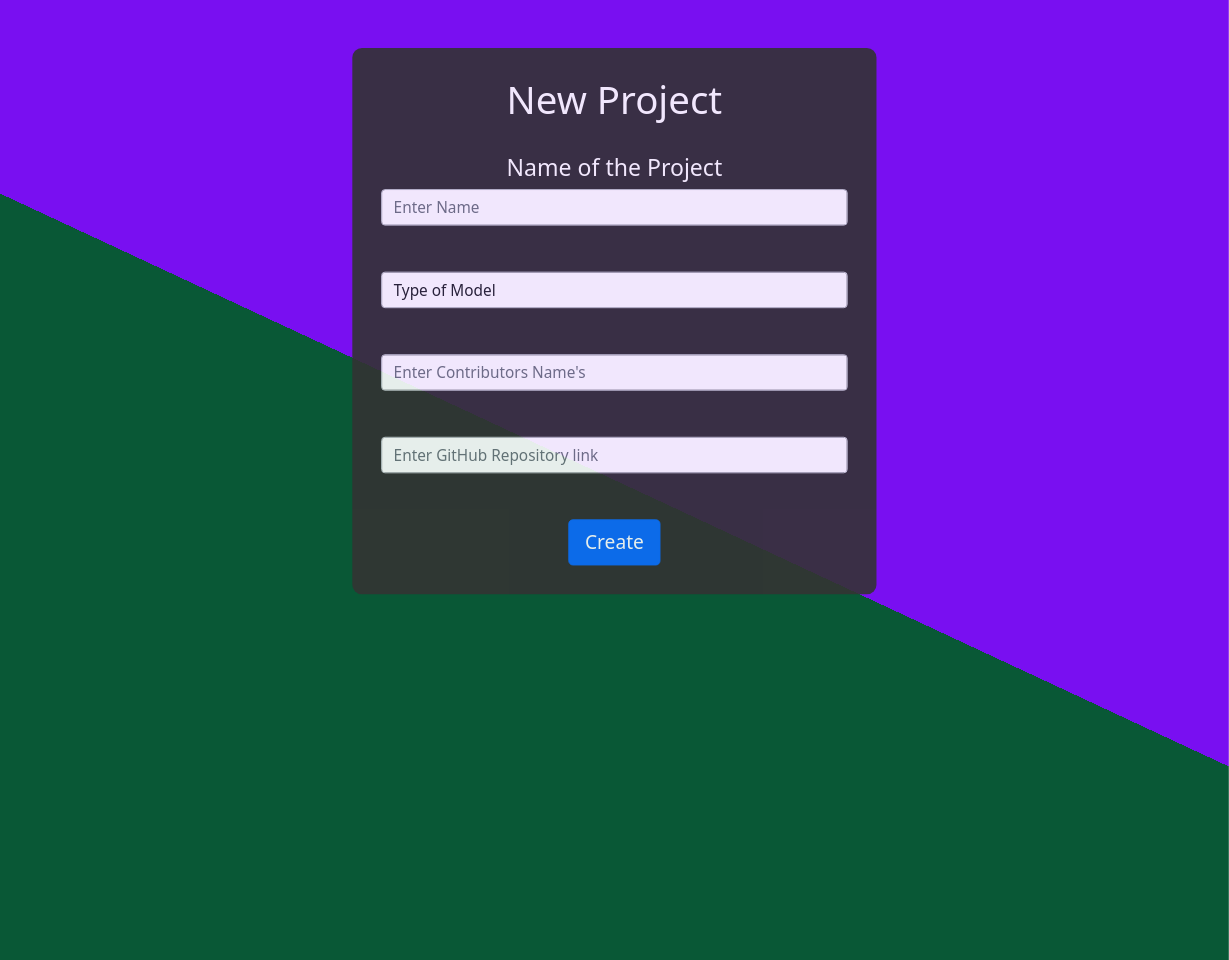
Repository: poornasyamasundar/Software-Project-Manager
Page: SoftwareManager/Templates/newProject.html
The author's editor kept a copy of each file at every save. The page is drawn from the files as they stood at one save, then again after the next save.
The browser window is 1280 px wide. The pictures show the whole page, at 96% of full size.

Above is the page before, as saved 2021-10-22 00:33:07.

After the next save:
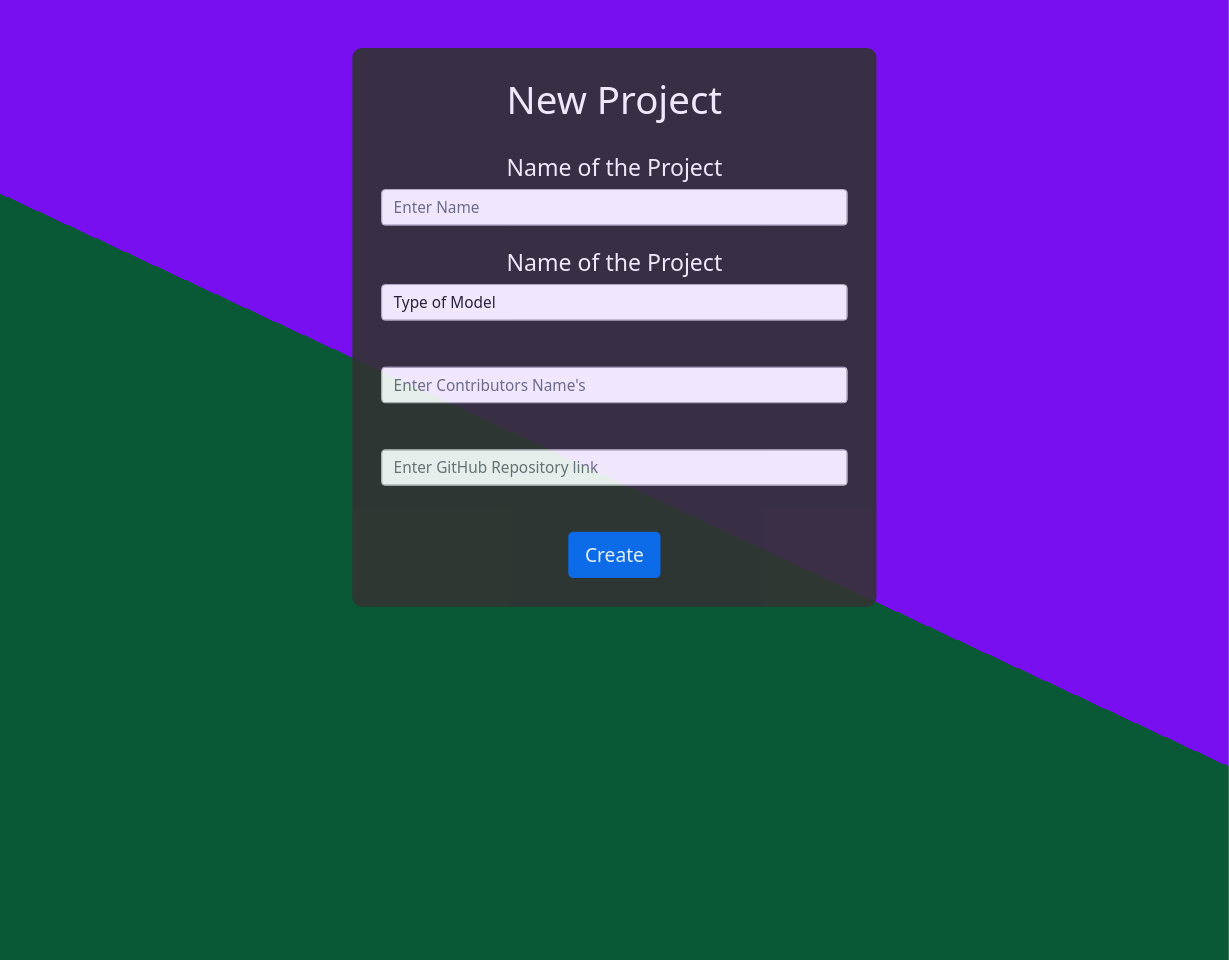
Saved 22 s later.
--- a/SoftwareManager/Templates/newProject.html
+++ b/SoftwareManager/Templates/newProject.html
@@ -49,7 +49,7 @@
 					</div>
 					<br>
 					<div >
-						<label for="empty-space"></label>
+						<label for="empty-space"><h4>Name of the Project</h4></label>
 						<select class="form-control" name="type">
 						  <option>Type of Model</option>
 						  <option>Waterfall Model</option>
